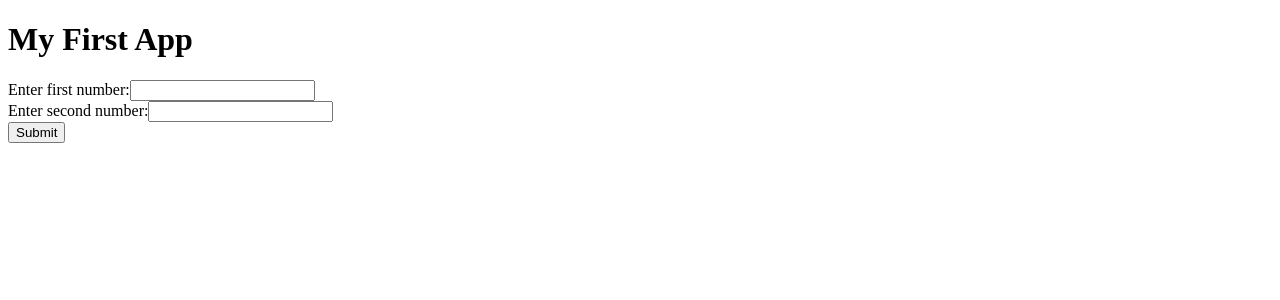
Repository: amanopyadav/WebAppDemo
Page: FirstWebApp/src/main/webapp/index.html
An editor plug-in stored every save of this project. The page is shown before and after the next save, followed by the edit.
The browser window is 1280 px wide. The pictures show the whole page.

Above is the page before, as saved 2023-08-21 05:03:48.

After the next save:
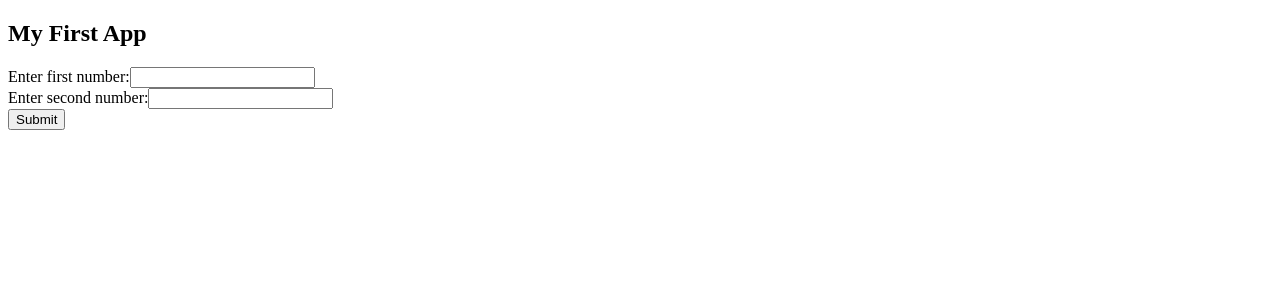
Saved 31 min 9 s later.
--- a/FirstWebApp/src/main/webapp/index.html
+++ b/FirstWebApp/src/main/webapp/index.html
@@ -5,7 +5,7 @@
 <title>WEBAPP</title>
 </head>
 <body>
-	<h1>My First App</h1>
+	<h2>My First App</h2>
 
 	<form action="add">
 		Enter first number:<input type ="text" name = "num1"/><br>
